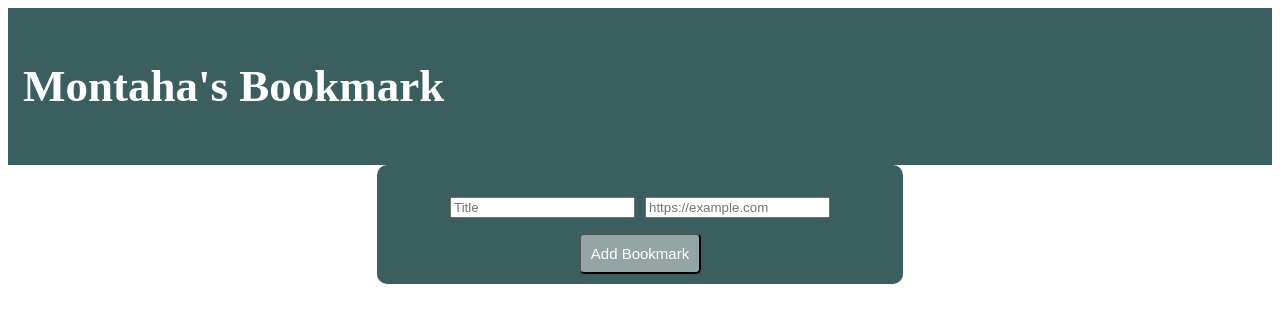
Repository: eidimontaha18-maker/finalproject
Page: index.html
An editor plug-in stored every save of this project. The page is shown before and after the next save, followed by the edit.
The browser window is 1280 px wide. The pictures show the whole page.

Above is the page before, as saved 2025-11-25 23:28:22.

### index.html
<!DOCTYPE html>
<html lang="en">
<head>
    <meta charset="UTF-8">
    <meta name="viewport" content="width=device-width, initial-scale=1.0">
    <title>Montaha's Bookmark</title>
    <link rel="stylesheet" href="style.css">
</head>
<body>
    <nav>
        <h1>Montaha's Bookmark</h1>
    </nav>

    <main>
        <div class="addbookmark">
            <input type="text" placeholder="Title" />
            <input type="text" placeholder="https://example.com" />
            <br>
            <button id="addbtn">Add Bookmark</button>
        </div>
    </main>

</body>
</html>

### style.css
.addbookmark{
    background-color: rgb(59, 94, 94);
    padding: 10px;
    width: 40%;
    margin: auto;
    border-radius: 10px;
    text-align: center;
    font-size: 40px;
}
#addbtn{
    background-color: rgb(147, 165, 165);
    color: white;
    padding: 10px;
    border-radius: 5px;
    font-size: 15px;
    cursor: pointer;
}

nav{
    background-color: rgb(59, 94, 94);
    padding: 15px;
    text-align: left;
    font-size: 30px;
    color: white;
    font-weight: bold;
}

After the next save:
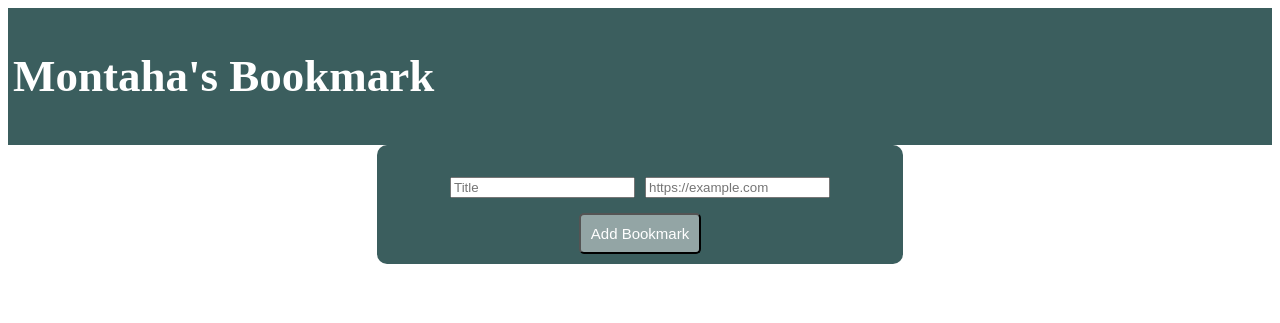
Saved 28 s later.
--- a/style.css
+++ b/style.css
@@ -18,7 +18,7 @@
 
 nav{
     background-color: rgb(59, 94, 94);
-    padding: 15px;
+    padding:5px;
     text-align: left;
     font-size: 30px;
     color: white;
